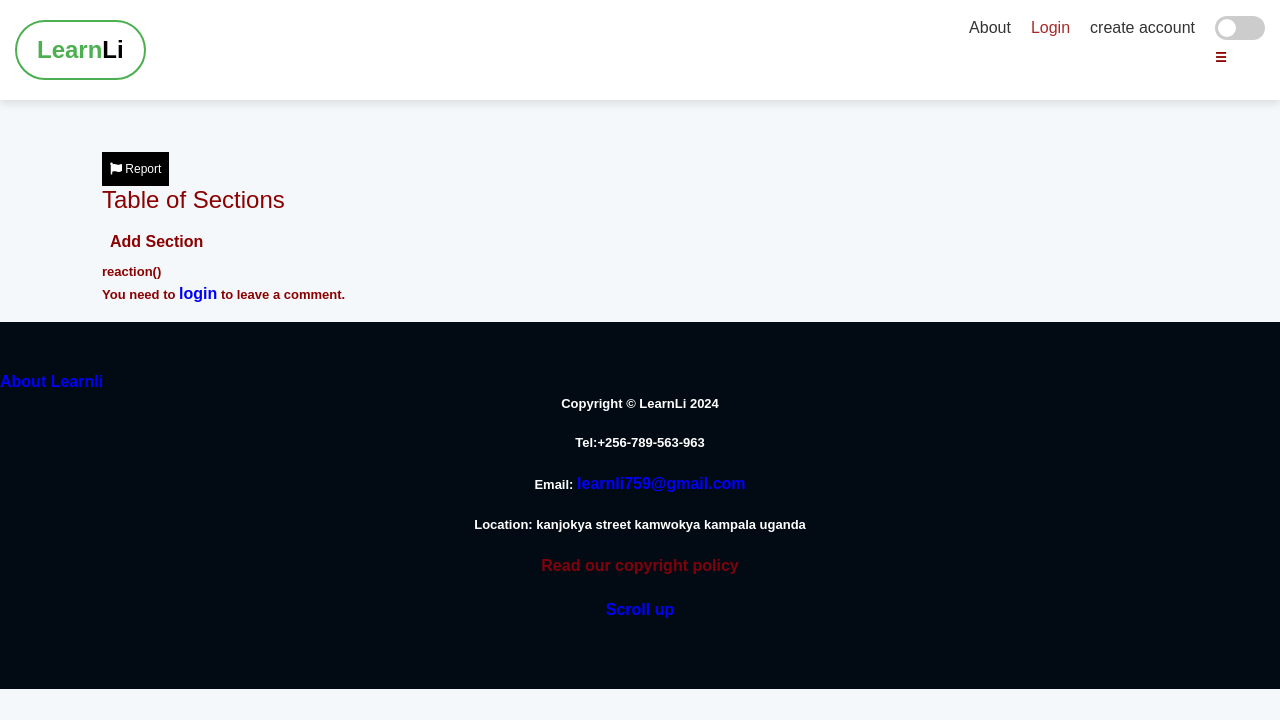
Repository: Learnli23/Learnli
Page: Learnli/my_library/templates/book_details.html
The author's editor kept a copy of each file at every save. The page is drawn from the files as they stood at one save, then again after the next save.
The browser window is 1280 px wide. The pictures show the whole page.
The template is drawn by Django 2.2. The application's start-up code is not run. The template is opened directly, without the code that normally fills it, so the values that code supplies are empty.

Above is the page before, as saved 2024-12-04 22:20:39.

After the next save:
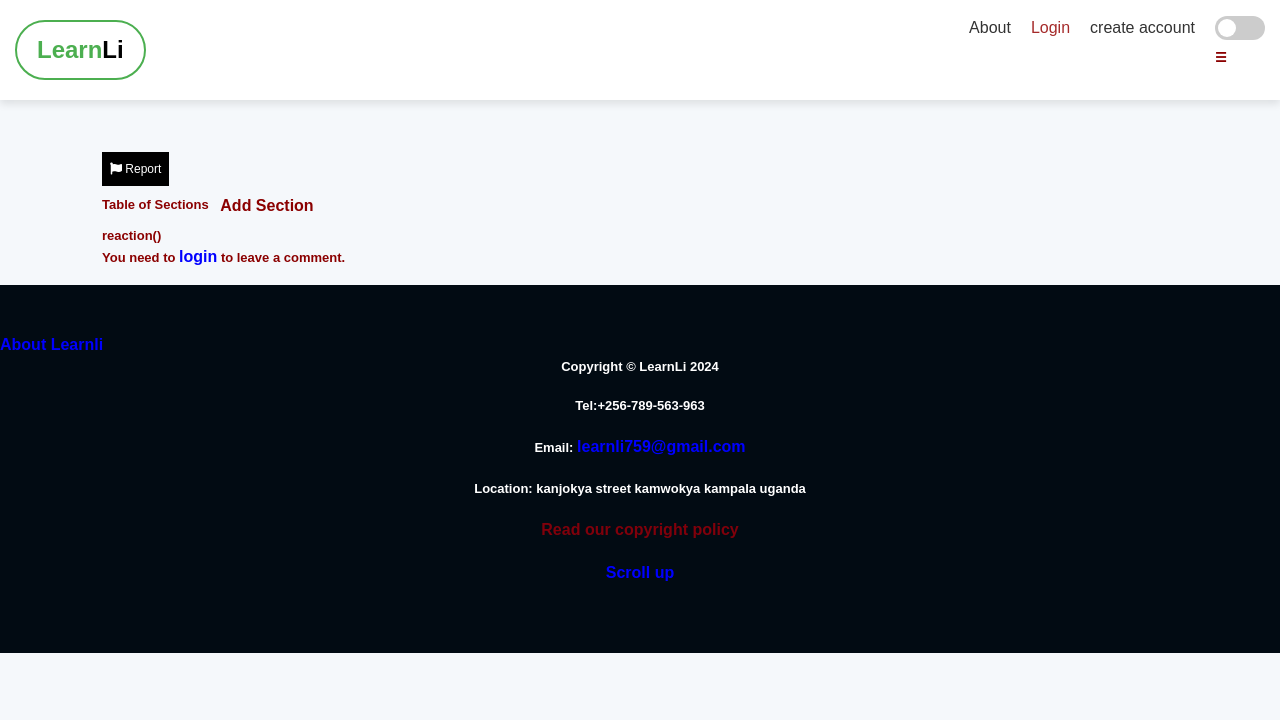
Saved 75 s later.
--- a/Learnli/my_library/templates/book_details.html
+++ b/Learnli/my_library/templates/book_details.html
@@ -15,7 +15,7 @@
             <i class="fas fa-flag"></i> Report
           </button>
           </form>
-                    <h4>Table of Sections</h4>
+                    <strong style="font-size: small;">Table of Sections</strong>
             {% if sections %}
             <ul>
                 {% for section in sections %}
